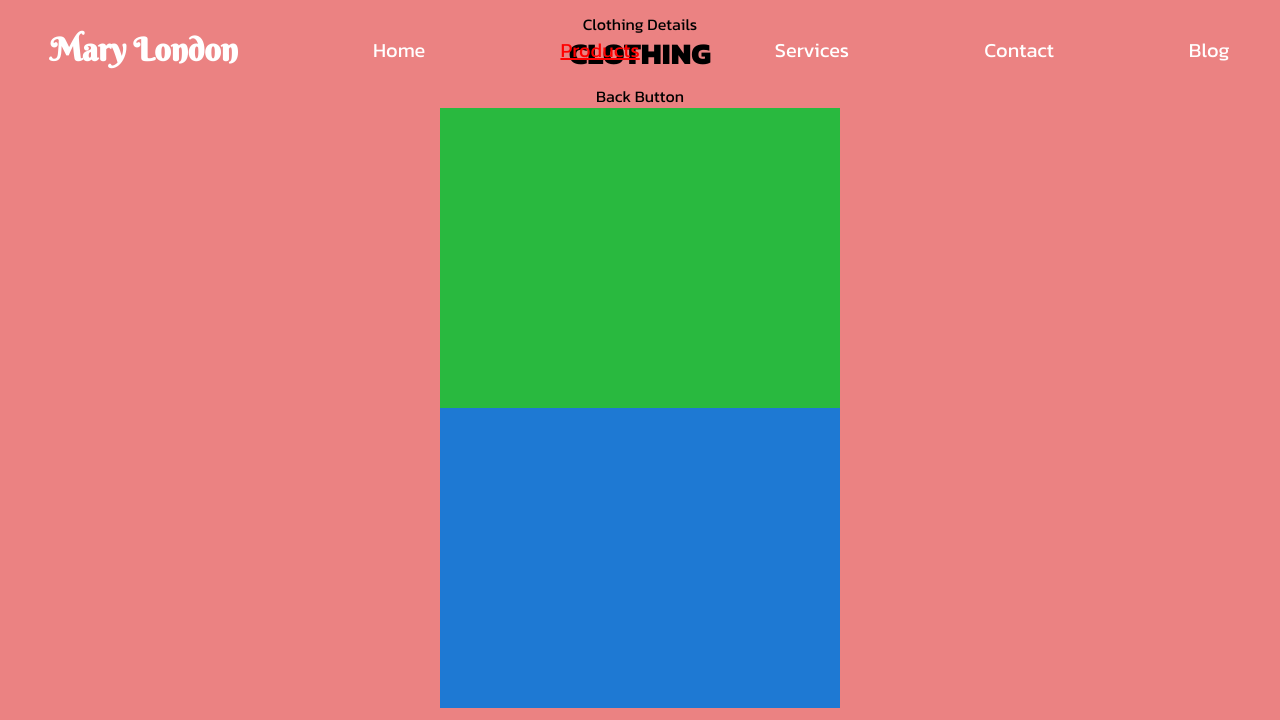
Repository: Habeebur1493/test2
Page: /products/clothing
An editor plug-in stored every save of this project. The page is shown before and after the next save, followed by the edit.
The browser window is 1280 px wide. The pictures show the whole page.
The project was rebuilt for these pictures with package versions that can differ from the ones it lists, and the page was loaded fresh each time. Also part of the build but not shown: vite.config.js, src/Frontend/Loader/loaderstyle.css, src/Frontend/Firstpage/Home.jsx, src/Frontend/Firstpage/Products.jsx, src/Frontend/Firstpage/Services.jsx, src/Frontend/Firstpage/Contact.jsx, src/Frontend/Firstpage/Blog.jsx.

Above is the page before, as saved 2024-12-28 20:47:32.

After the next save:
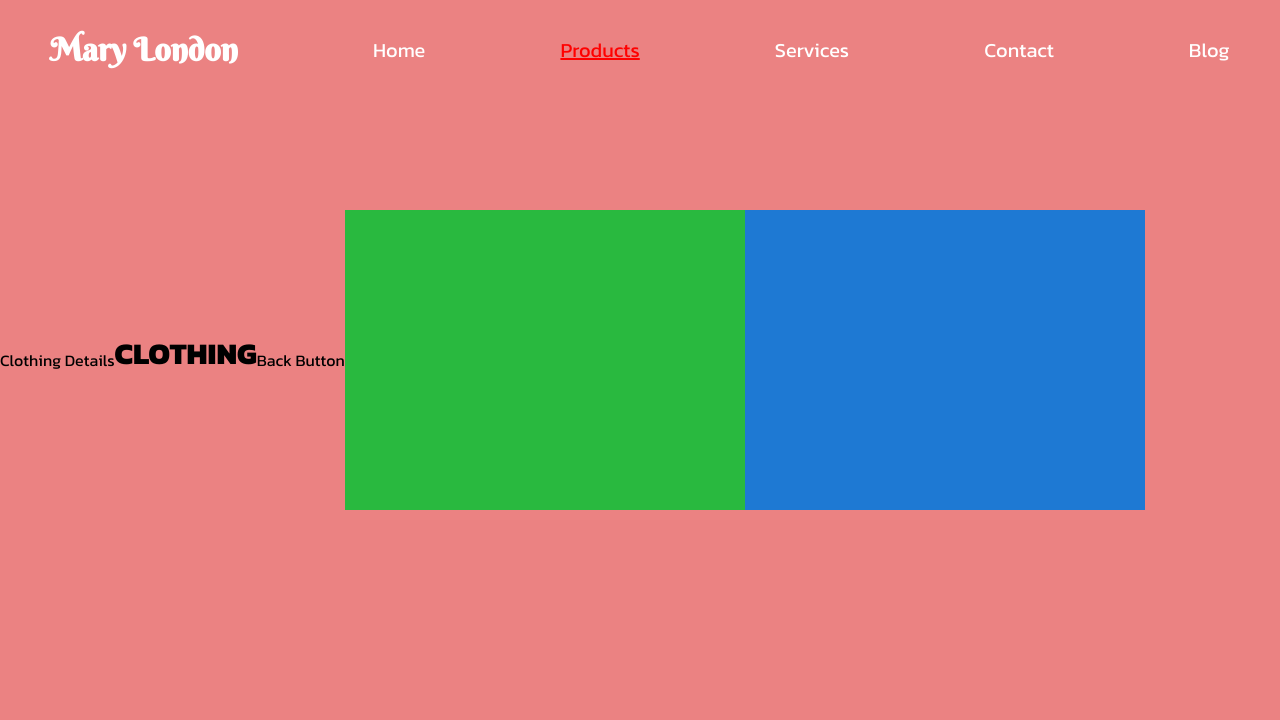
Saved 11 s later.
--- a/src/Frontend/Firstpage/page1.css
+++ b/src/Frontend/Firstpage/page1.css
@@ -209,11 +209,10 @@ nav h1{
 
   .container1{
   display: flex;
-  justify-content: center;
+  justify-items: center;
   align-items: center;
   height: 100vh;
   width: 100%;
-  flex-direction: column;
 
   }
 
